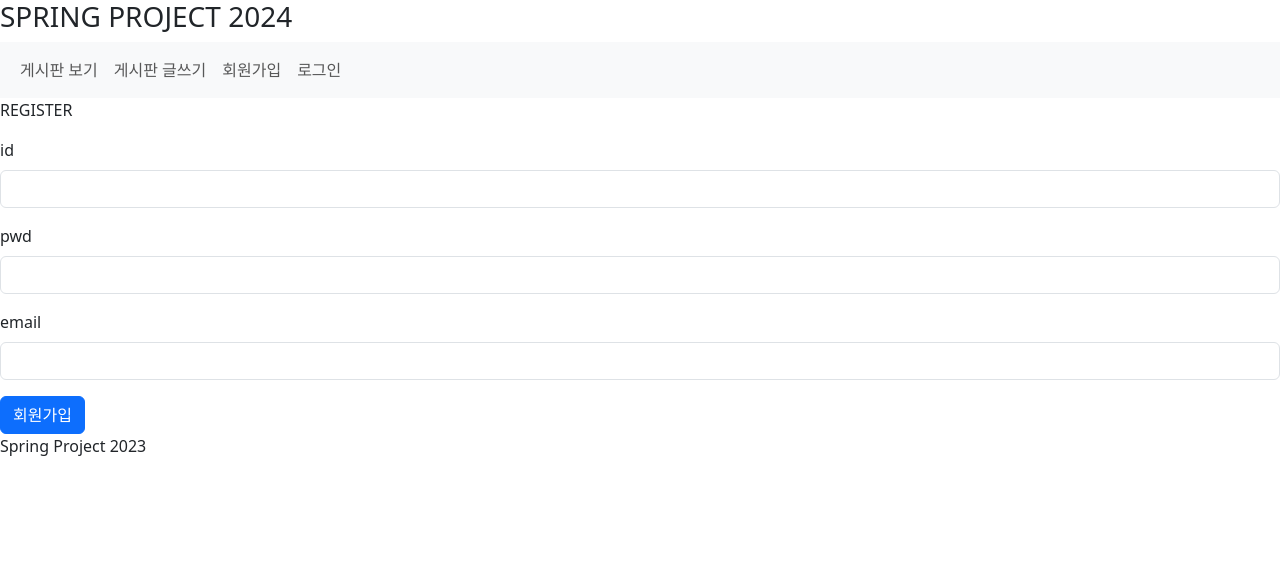
Repository: Bitmul/SpringProject2024
Page: http://localhost/_spring_test2/WEB-INF/views/member/register.jsp
The author's editor kept a copy of each file at every save. The page is drawn from the files as they stood at one save, then again after the next save.
The browser window is 1280 px wide. The pictures show the whole page.
The page is served by Tomcat 9. Nobody is signed in. The template is opened directly, without the code that normally fills it, so the values that code supplies are empty.

Above is the page before, as saved 2024-01-15 00:48:53.
Console error: TypeError: Cannot read properties of null (reading 'addEventListener')

After the next save:
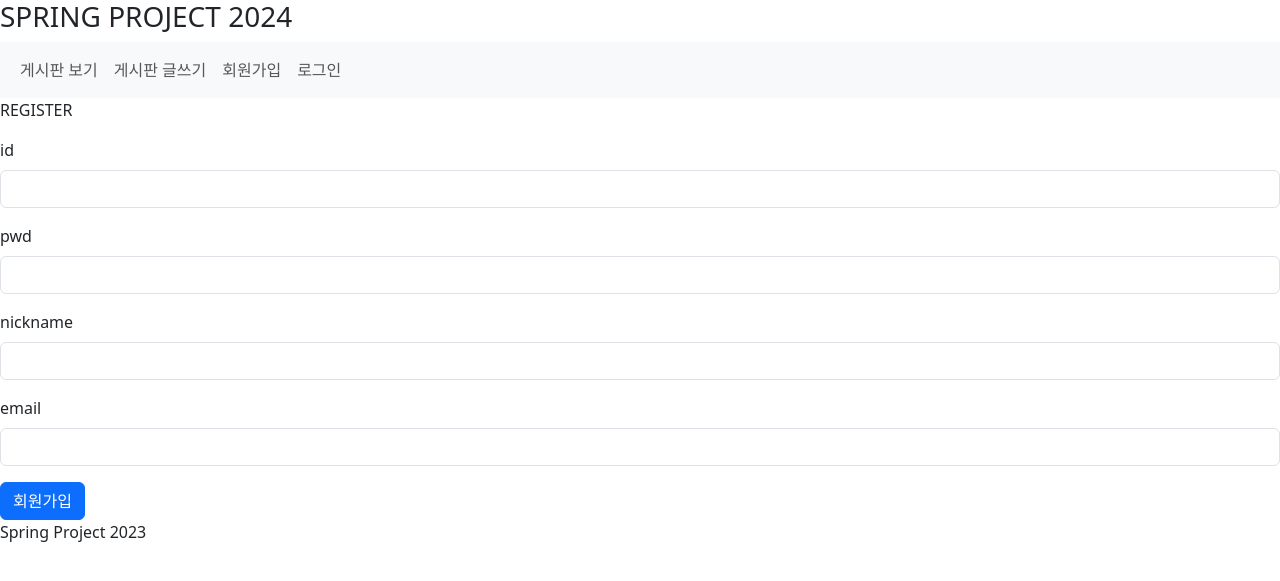
Saved 33 s later.
--- a/_spring_test2/src/main/webapp/WEB-INF/views/member/register.jsp
+++ b/_spring_test2/src/main/webapp/WEB-INF/views/member/register.jsp
@@ -14,6 +14,10 @@
 		<label for="w" class="form-label">pwd</label> <input type="password"
 			class="form-control" name="pwd" id="pwd">
 	</div>
+		<div class="mb-3">
+		<label for="w" class="form-label">nickname</label> <input type="text"
+			class="form-control" name="nickname" id="nickname">
+	</div>
 	<div class="mb-3">
 		<label for="c" class="form-label">email</label> <input type="email"
 			class="form-control" name="email" id="email">
